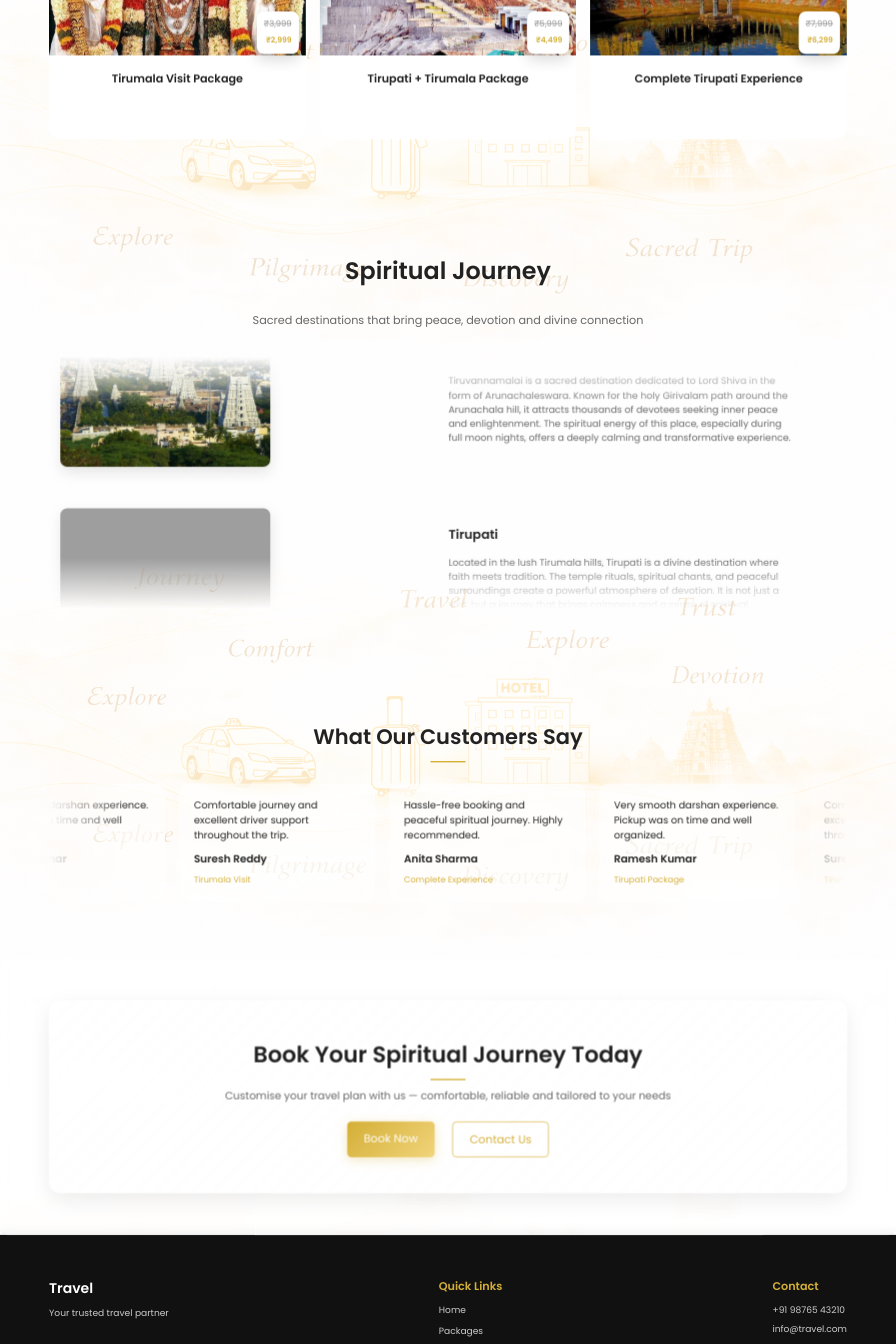
Repository: heytirupati/Bookingweb
Page: index.html
These files come from the project's save history. The page is drawn as it stood at one moment and after the next save; the edit follows.
The browser window is 1280 px wide. The pictures show the part of the page from y = 1953 to 3873 px (the page is 3873 px tall before and 3738 px after), at 70% of full size.
Pictures or frames that could not be fetched are drawn as grey boxes. Backgrounds fixed to the window are drawn as part of the page.

Above is the page before, as saved 2026-03-28 14:57:58.

After the next save:
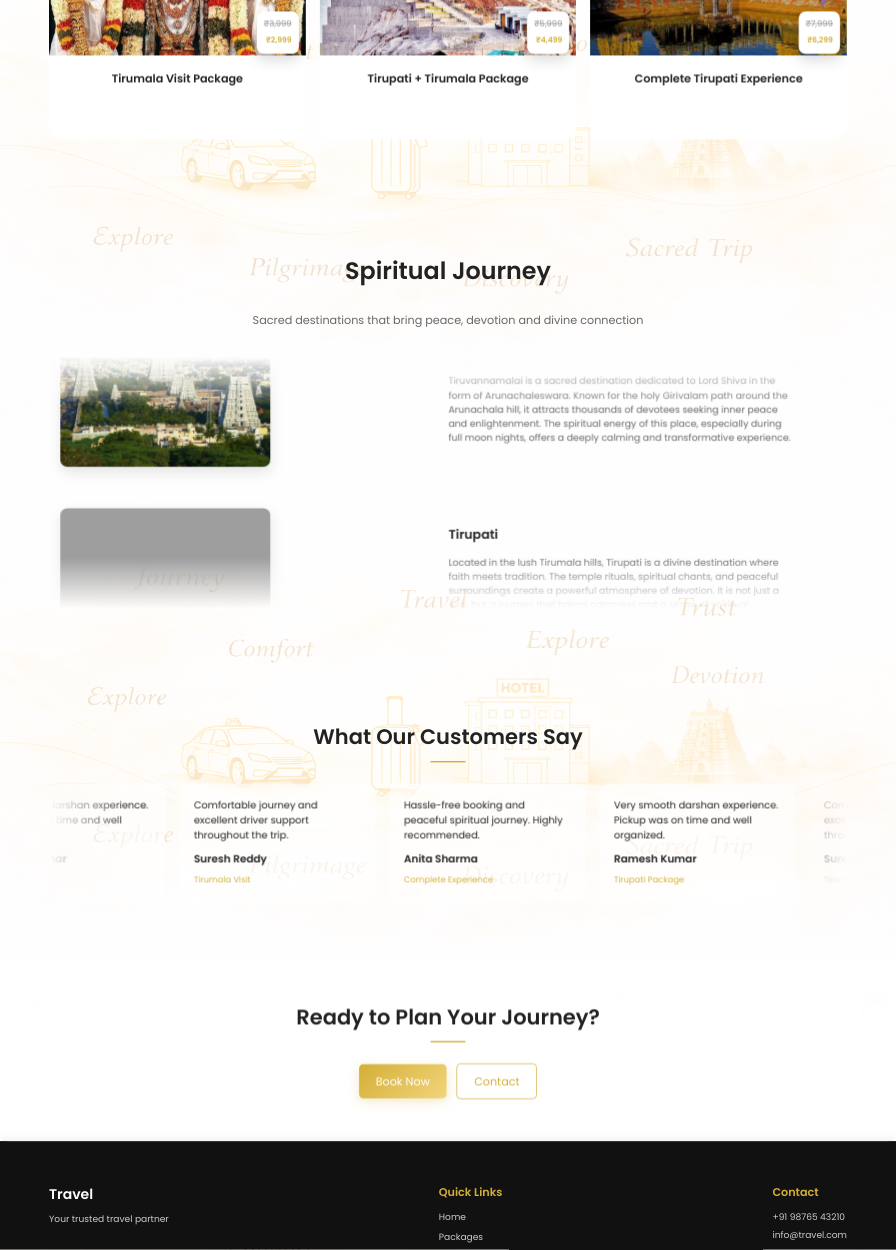
Saved 16 s later.
--- a/index.html
+++ b/index.html
@@ -408,25 +408,12 @@
 
     <!-- 9. CTA Section -->
     <section class="cta">
-    <div class="container">
-
-        <div class="cta-box">
-
-            <h2>Book Your Spiritual Journey Today</h2>
-
-            <p class="cta-subtext">
-                Customise your travel plan with us — comfortable, reliable and tailored to your needs
-            </p>
-
-            <div class="cta-buttons">
-                <a href="booking.html" class="btn btn-primary">Book Now</a>
-                <a href="#" class="btn btn-outline">Contact Us</a>
-            </div>
-
-        </div>
-
-    </div>
-</section>
+        <div class="container">
+            <h2>Ready to Plan Your Journey?</h2>
+        <a class="btn btn-primary">Book Now</a>
+        <a class="btn btn-outline">Contact</a>
+        </div>
+    </section>
 
     <!-- 10. Footer -->
     <footer class="footer">
